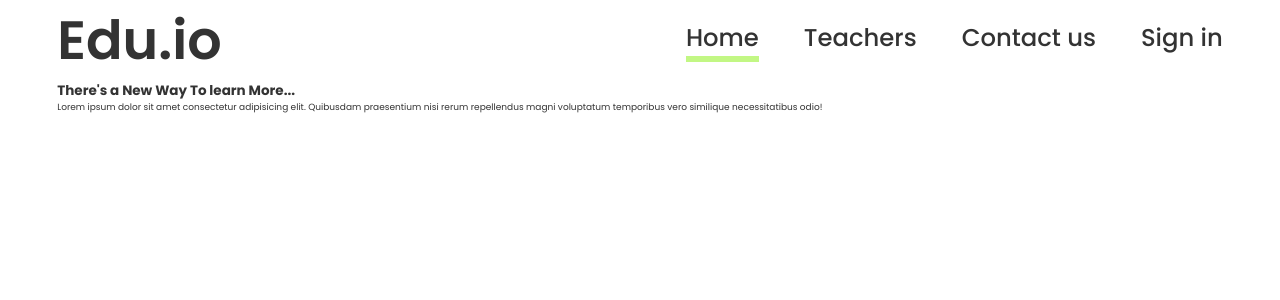
Repository: duck2913/edu.io
Page: /
The author's editor kept a copy of each file at every save. The page is drawn from the files as they stood at one save, then again after the next save.
The browser window is 1280 px wide. The pictures show the whole page.
The project was rebuilt for these pictures with package versions that can differ from the ones it lists, and the page was loaded fresh each time.

Above is the page before, as saved 2021-09-02 13:01:46.

After the next save:
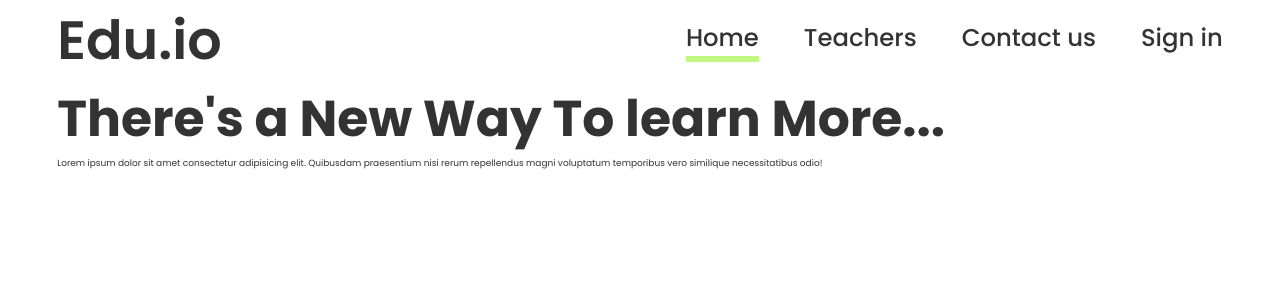
Saved 4 s later.
--- a/src/scss/_typography.scss
+++ b/src/scss/_typography.scss
@@ -1,2 +1,3 @@
 .heading--1 {
+	font-size: 5.6rem;
 }
